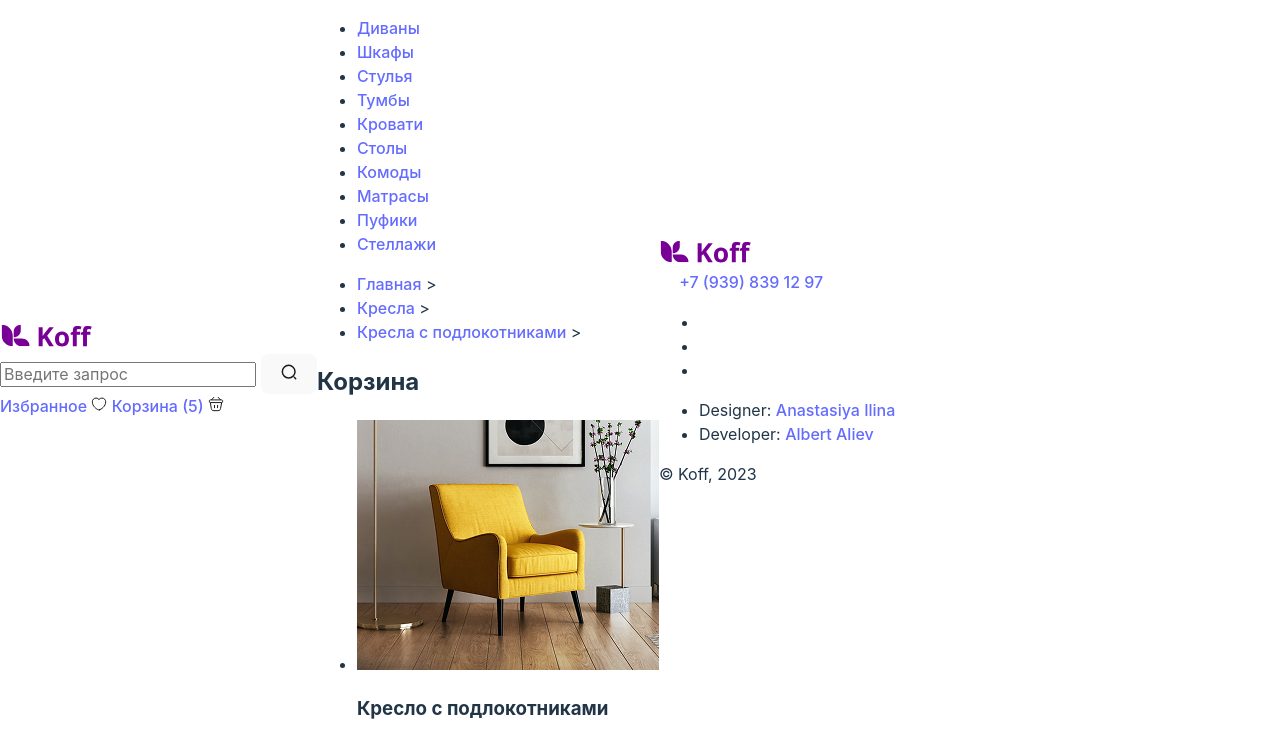
Repository: Albert24-Front-end/Koff-2-Test
Page: /
These files come from the project's save history. The page is drawn as it stood at one moment and after the next save; the edit follows.
The browser window is 1280 px wide. The pictures show the whole page.
The project was rebuilt for these pictures with package versions that can differ from the ones it lists, and the page was loaded fresh each time. Also part of the build but not shown: vite.config.js.

Above is the page before, as saved 2025-02-21 13:28:14.

After the next save:
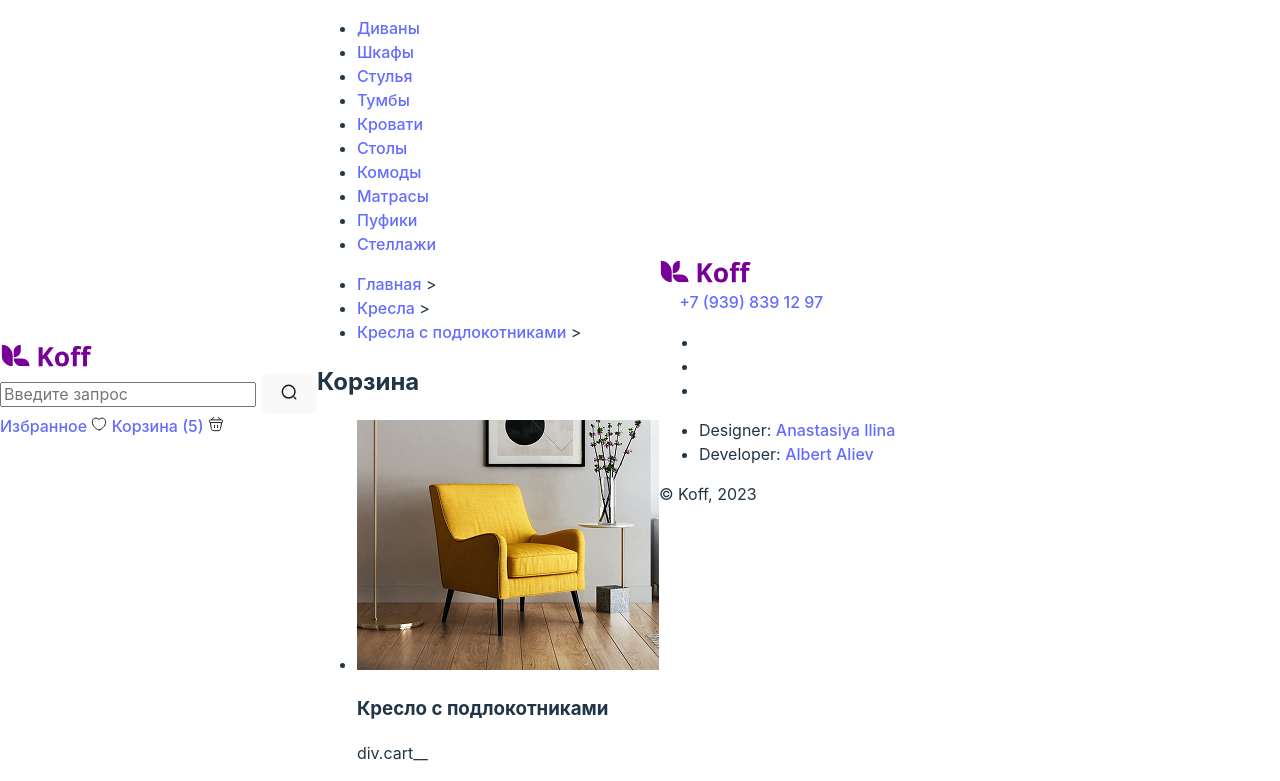
Saved 56 s later.
--- a/index.html
+++ b/index.html
@@ -261,6 +261,7 @@
             <li class="cart__product">
               <img src="./public/images/armchair.jpg" alt="Кресло с подлокотниками" class="cart__product-img">
               <h3 class="cart__product-title">Кресло с подлокотниками</h3>
+              div.cart__
             </li>
           </ul>
         </div>
